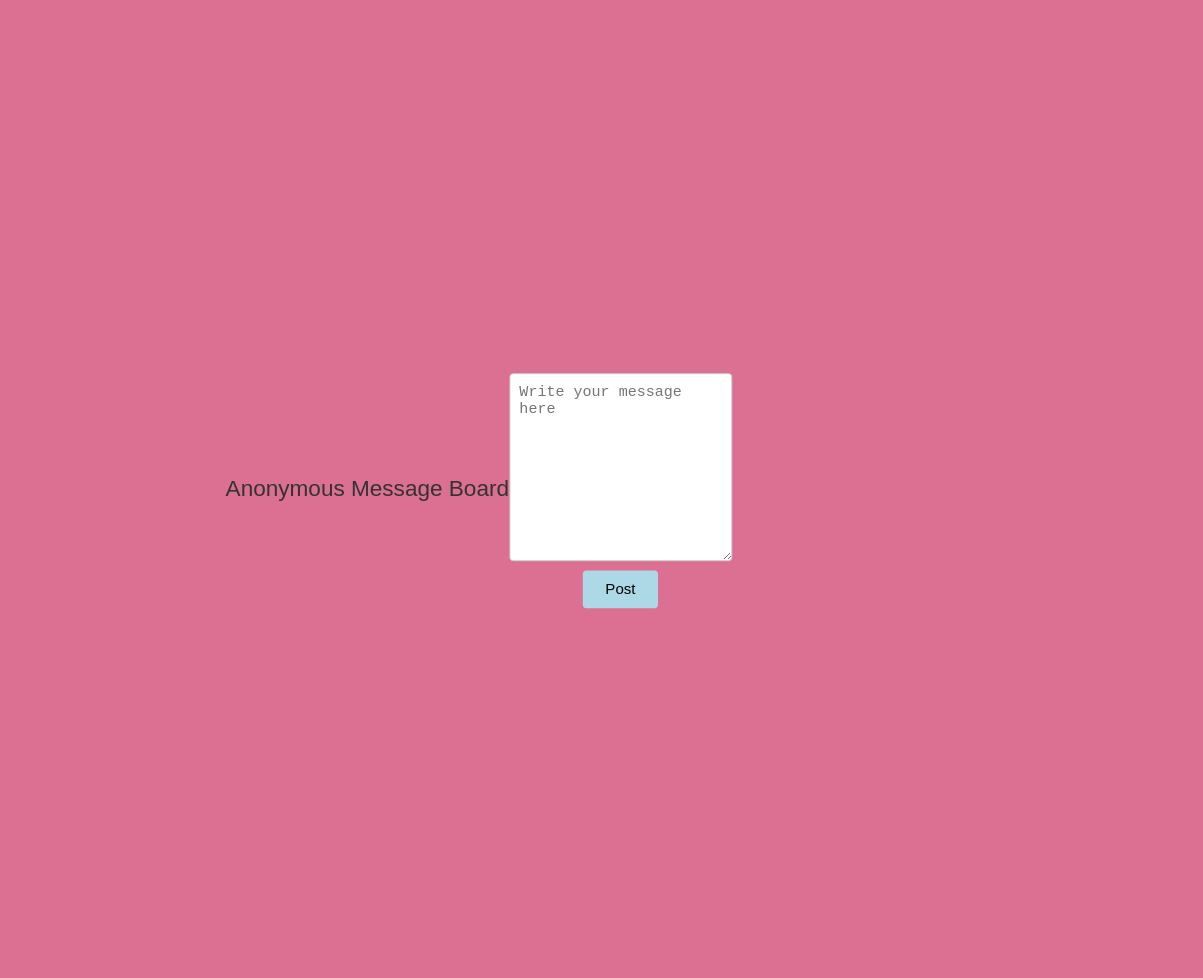
Repository: pilar122/tycha-os
Page: html1.html
The author's editor kept a copy of each file at every save. The page is drawn from the files as they stood at one save, then again after the next save.
The browser window is 1280 px wide. The pictures show the whole page, at 94% of full size.

Above is the page before, as saved 2023-01-06 11:56:50.

After the next save:
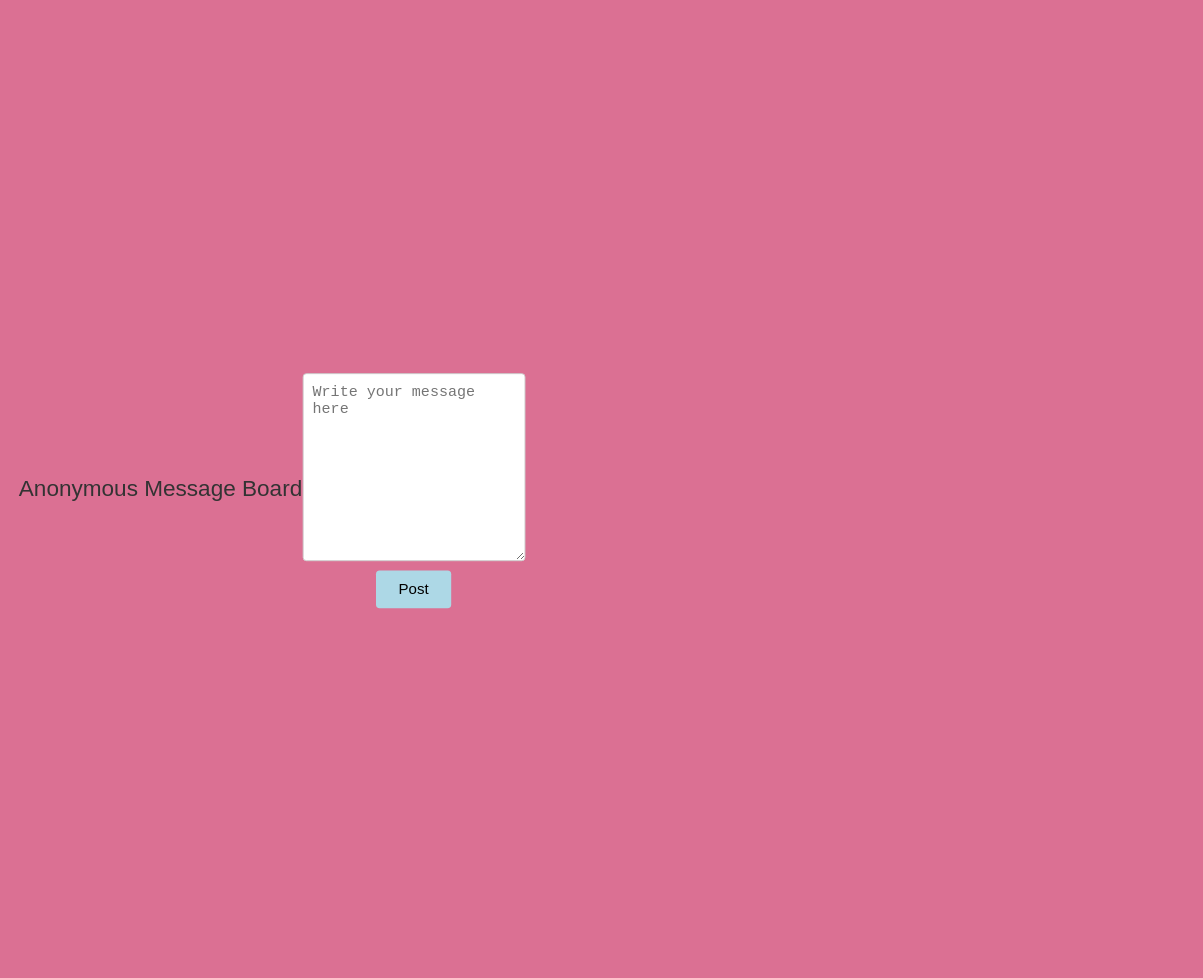
Saved 16 s later.
--- a/Style.css
+++ b/Style.css
@@ -6,7 +6,7 @@
 }
 
 #container {
-    max-width: 800px;
+    max-width: 1500px;
     height: 1000px; /*Gives the element a fixed height*/
     margin: 0 auto;
     padding: 20px;

After the save that followed:
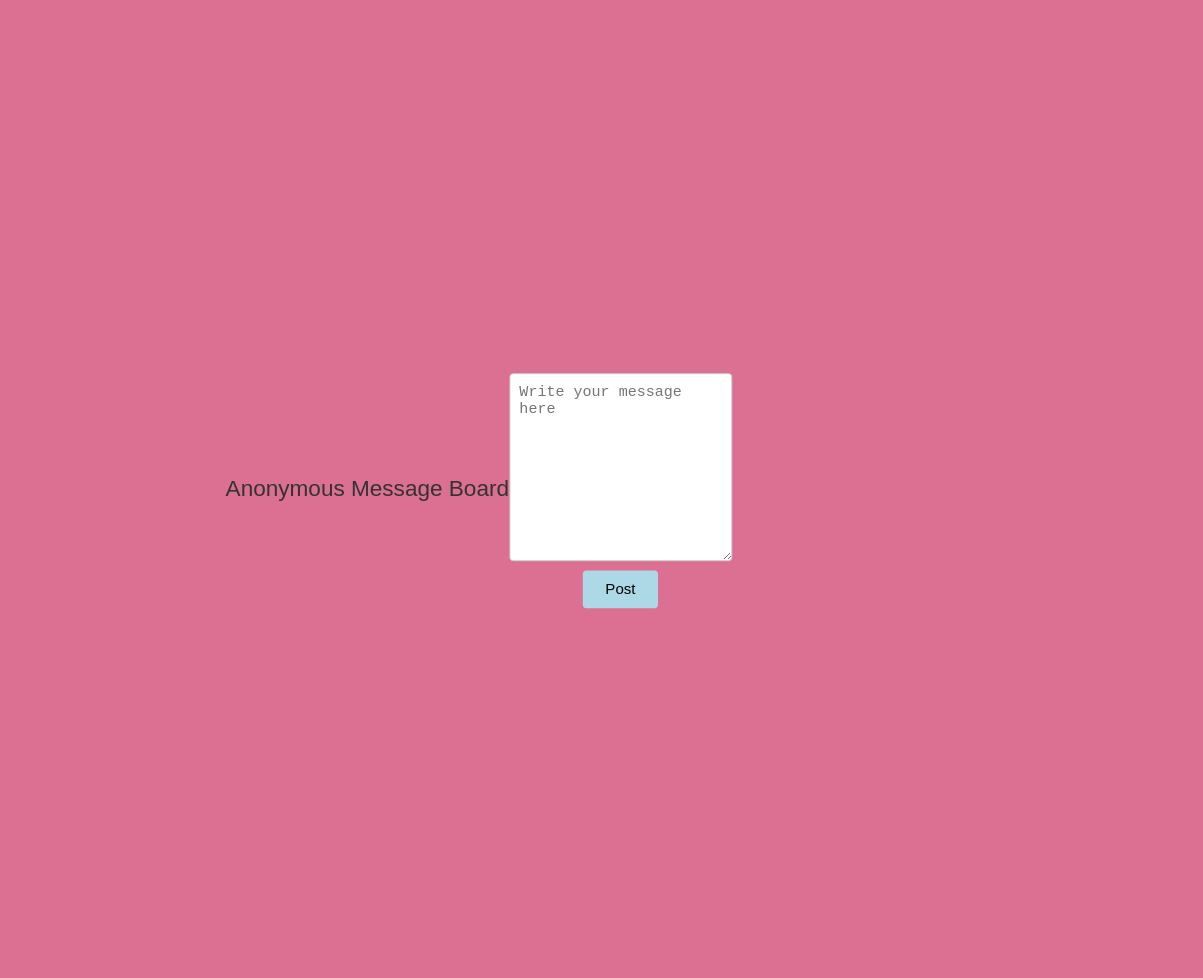
Saved 9 s later.
--- a/Style.css
+++ b/Style.css
@@ -6,7 +6,7 @@
 }
 
 #container {
-    max-width: 1500px;
+    max-width: 800px;
     height: 1000px; /*Gives the element a fixed height*/
     margin: 0 auto;
     padding: 20px;
